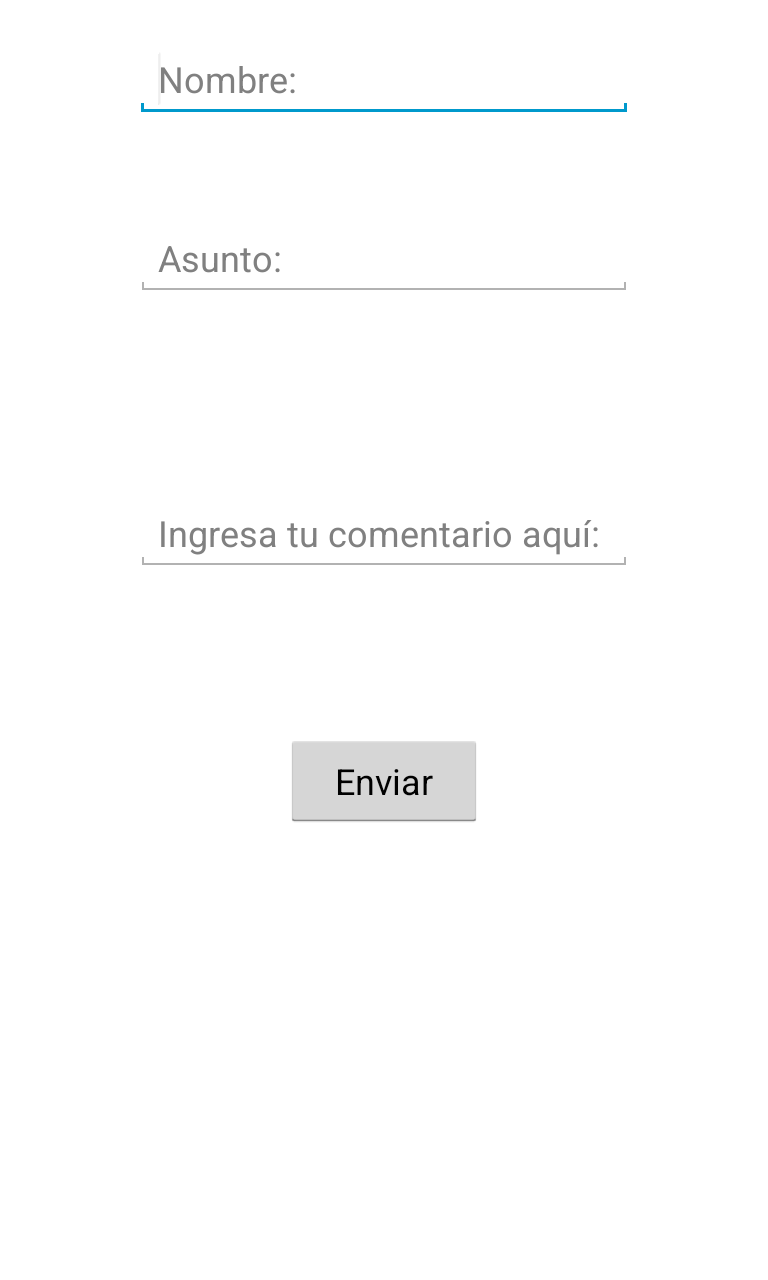
Repository: armandobs94/Dental.App
Layout: AplicacionMovil/DentalApp/Dental.App/res/layout/layout_contacto.xml
These files come from the project's save history. The layout is drawn as it stood at one moment and after the next save; the edit follows.
It is drawn on a 768 x 1280 px phone screen (xhdpi) without system bars, with theme AppTheme; the app's code is not run.

Above is the layout before, as saved 2015-06-13 03:44:18.

After the next save:
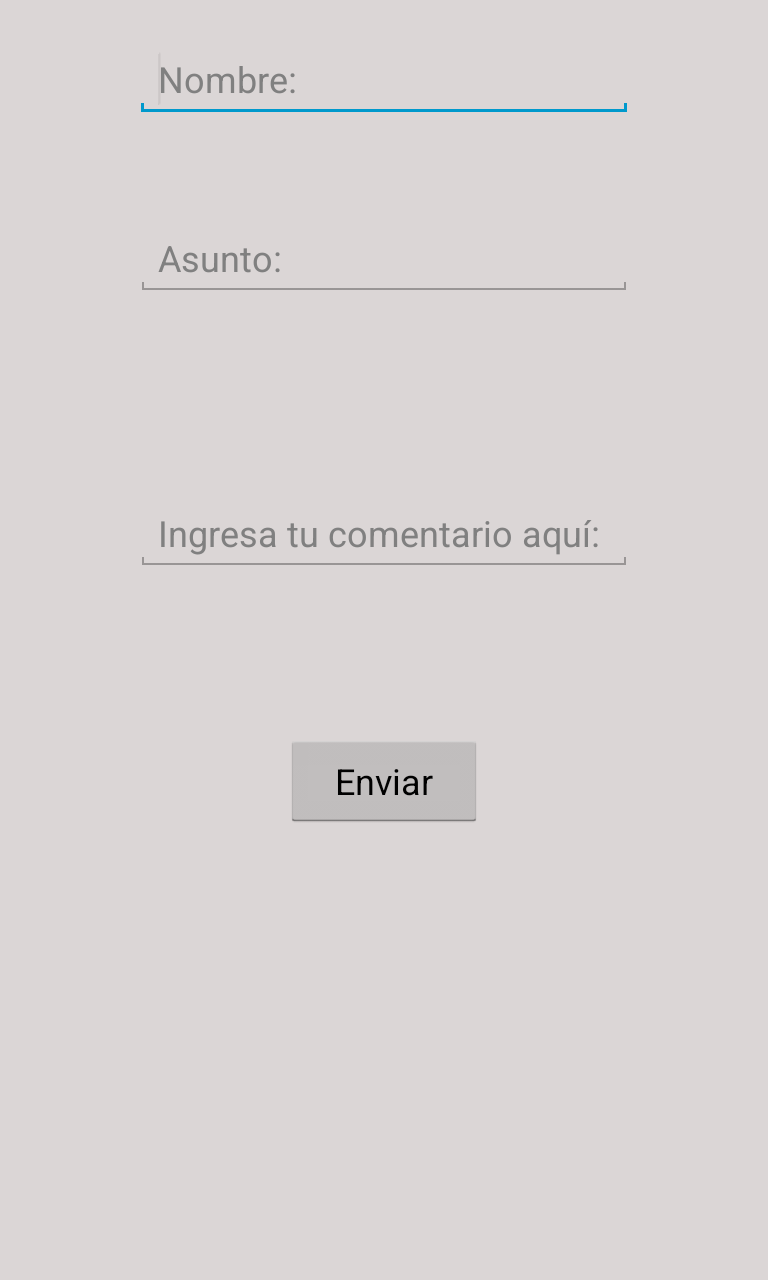
Saved 3 min 50 s later.
--- a/AplicacionMovil/DentalApp/Dental.App/res/layout/layout_contacto.xml
+++ b/AplicacionMovil/DentalApp/Dental.App/res/layout/layout_contacto.xml
@@ -1,7 +1,8 @@
 <?xml version="1.0" encoding="utf-8"?>
 <RelativeLayout xmlns:android="http://schemas.android.com/apk/res/android"
     android:layout_width="match_parent"
-    android:layout_height="match_parent" >
+    android:layout_height="match_parent"
+    android:background="#DBD6D6">
 
     <ScrollView
         android:id="@+id/scrollView1"
